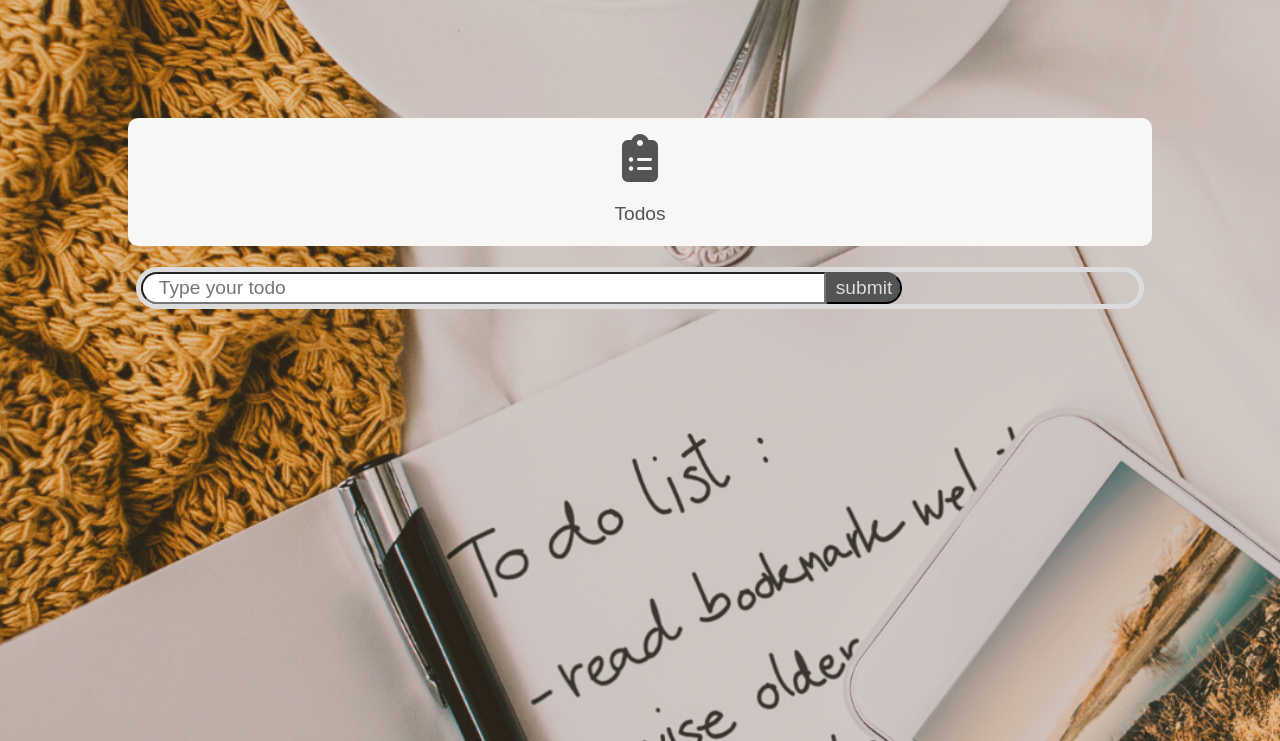
Repository: ShindanoSingi/My-Channel-Videos
Page: index.html
These files come from the project's save history. The page is drawn as it stood at one moment and after the next save; the edit follows.
The browser window is 1280 px wide. The pictures show the whole page.

Above is the page before, as saved 2023-07-18 01:21:58.

After the next save:
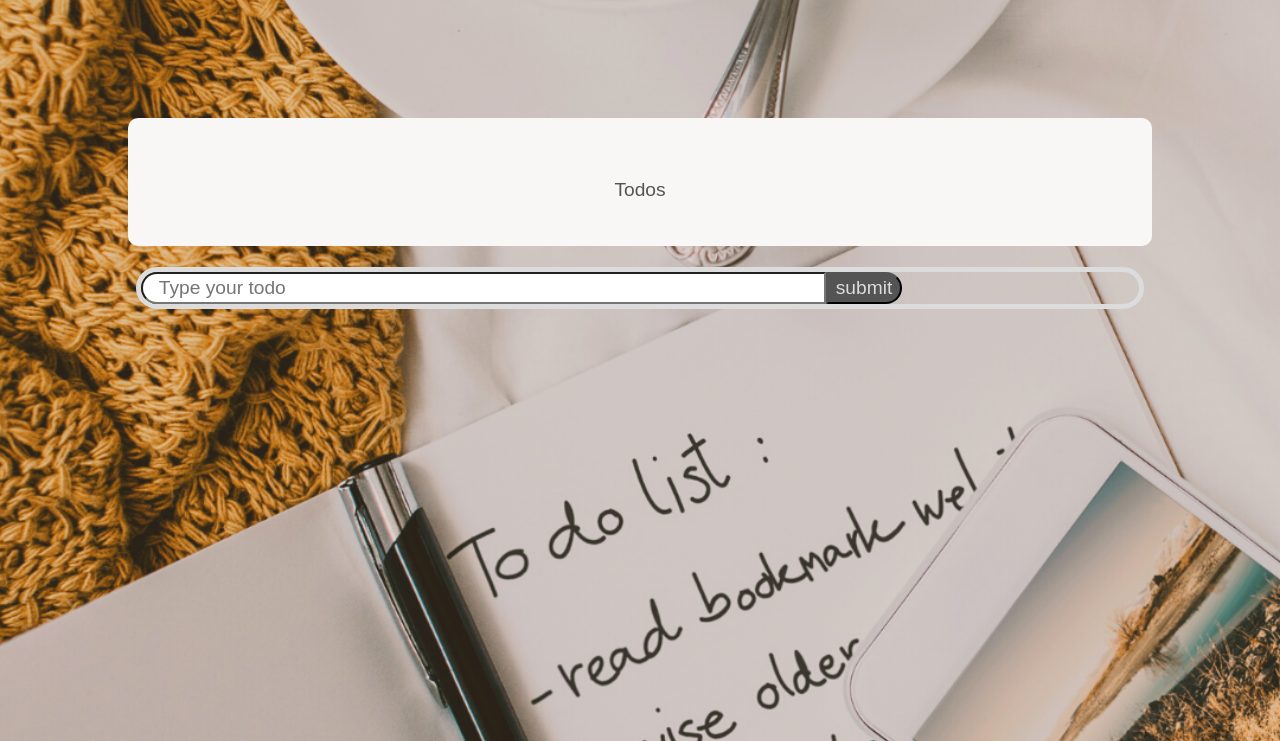
Saved 53 s later.
--- a/index.html
+++ b/index.html
@@ -4,7 +4,6 @@
     <link rel='stylesheet' href='https://cdnjs.cloudflare.com/ajax/libs/font-awesome/4.7.0/css/font-awesome.min.css'>
     <meta charset="UTF-8">
     <meta name="viewport" content="width=device-width, initial-scale=1.0">
-    <link rel="stylesheet" href="https://cdnjs.cloudflare.com/ajax/libs/font-awesome/6.2.0/css/all.min.css" integrity="sha512-xh6O/CkQoPOWDdYTDqeRdPCVd1SpvCA9XXcUnZS2FmJNp1coAFzvtCN9BmamE+4aHK8yyUHUSCcJHgXloTyT2A==" crossorigin="anonymous" referrerpolicy="no-referrer" />
     <Link rel="stylesheet" href="style.css">
     <title>Todo App</title>
 </head>

After the 5 saves that followed:
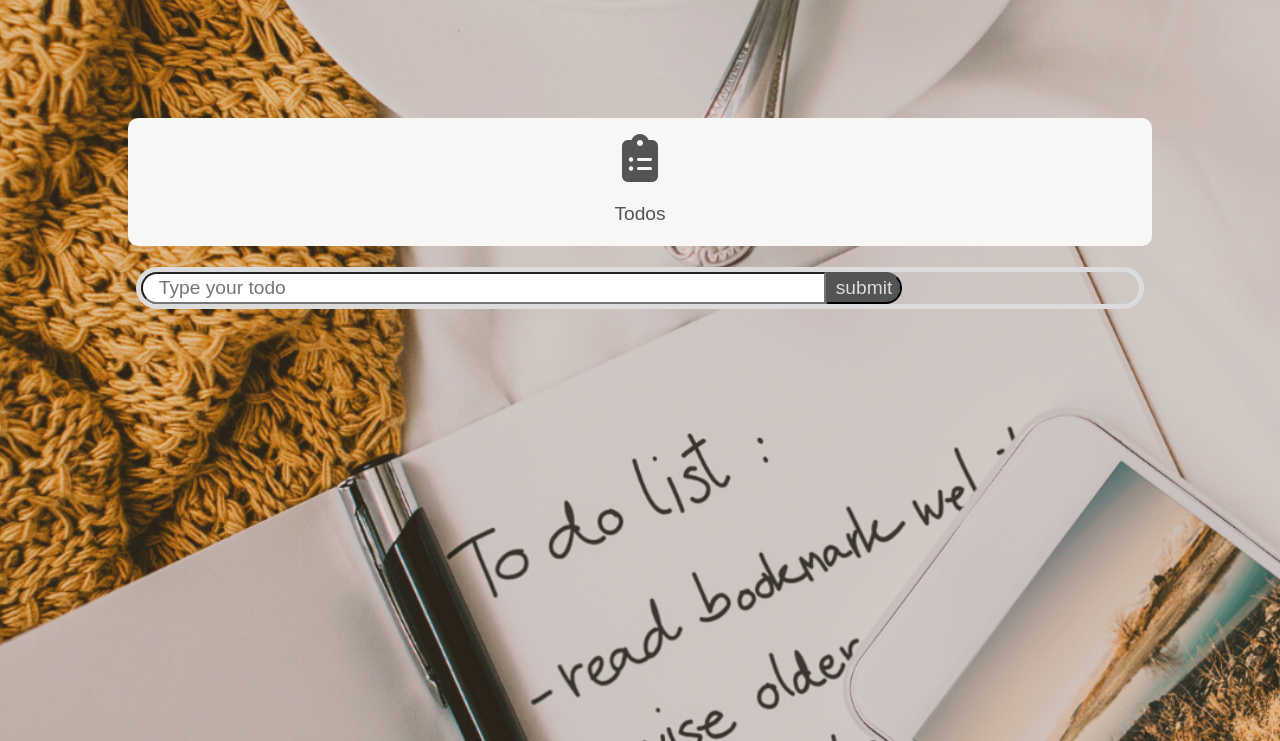
The 5 saves are shown as one change because 4 left the picture as it was.
The last was saved 3 min 32 s later.
--- a/index.html
+++ b/index.html
@@ -1,9 +1,9 @@
 <!DOCTYPE html>
 <html lang="en">
 <head>
-    <link rel='stylesheet' href='https://cdnjs.cloudflare.com/ajax/libs/font-awesome/4.7.0/css/font-awesome.min.css'>
     <meta charset="UTF-8">
     <meta name="viewport" content="width=device-width, initial-scale=1.0">
+    <link rel="stylesheet" href="https://cdnjs.cloudflare.com/ajax/libs/font-awesome/6.2.0/css/all.min.css" integrity="sha512-xh6O/CkQoPOWDdYTDqeRdPCVd1SpvCA9XXcUnZS2FmJNp1coAFzvtCN9BmamE+4aHK8yyUHUSCcJHgXloTyT2A==" crossorigin="anonymous" referrerpolicy="no-referrer" />
     <Link rel="stylesheet" href="style.css">
     <title>Todo App</title>
 </head>
--- a/style.css
+++ b/style.css
@@ -110,7 +110,7 @@ div.text{
     font-size: x-large;
     transform: scale(1.6);
     color: var(--orange);
-    transform: translate(-1rem, -0.2rem);
+    transform: translate(-5rem, -2rem);
 }
 
 .checkbox-icon{
--- a/index.js
+++ b/index.js
@@ -23,7 +23,7 @@ button.addEventListener("click", function () {
     input.setAttribute("id", "checkbox");
 
     let i = document.createElement("i");
-    i.setAttribute("class", 'check-mark fa fa Check');
+    i.setAttribute("class", 'check-mark fas fa Check');
     i.setAttribute('id','check-mark');
 
     newDiv4.appendChild(input);
